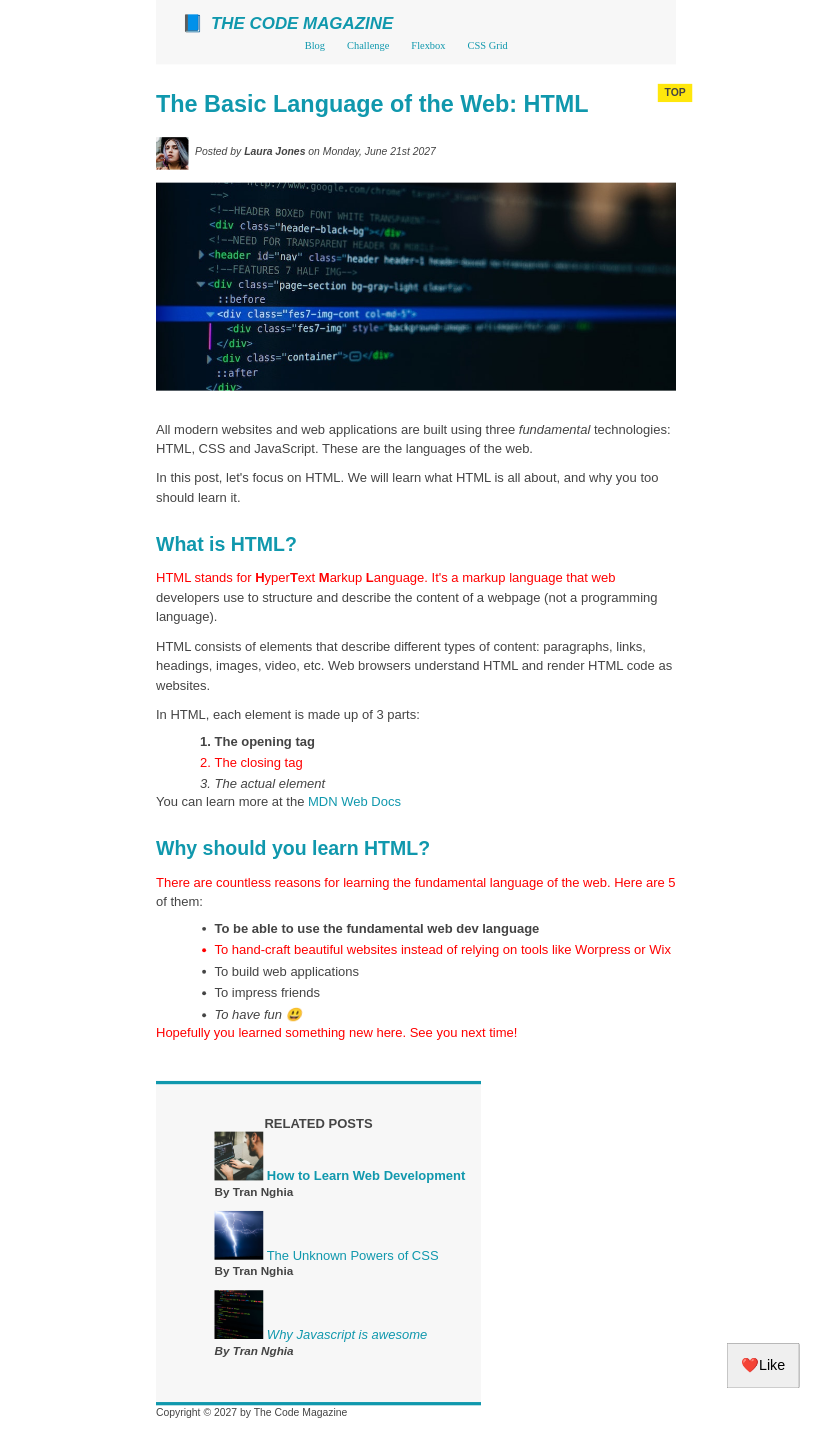
Repository: nghiakma/HTML-CSS-Fundamental
Page: HTML/index.html
An editor plug-in stored every save of this project. The page is shown before and after the next save, followed by the edit.
The browser window is 1280 px wide. The pictures show the whole page, at 65% of full size.

Above is the page before, as saved 2023-08-22 15:26:29.

### HTML/index.html
<!DOCTYPE html>
<html lang="en">

<head>
  <meta charset="UTF-8">
  <meta name="viewport" content="width=device-width, initial-scale=1.0">
  <title>The Basic Language of the web: HTML</title>
  <link rel="stylesheet" href="/CSS/index.css">
  <link rel="stylesheet" href="/CSS/layout.css">
</head>

<body>

  <div class="container">
    <header class="main-header">
      <h1>📘 The Code Magazine</h1>
      <nav>
        <a href="#">Blog</a>
        <a href="#">Challenge</a>
        <a href="#">Flexbox</a>
        <a href="#">CSS Grid</a>
      </nav>
    </header>

    <article>
      <header class="post-header">
        <h2>The Basic Language of the Web: HTML</h2>
        <img class="author-img" src="./laura-jones.jpg" alt="Headshot of Laura Jones" height="50" width="50">
        <p id="author" class="author">
          Posted by <strong>Laura Jones</strong> on Monday, June 21st 2027</p>
        <img class="post-img" src="./post-img.jpg" alt="HTML code on a screen" width="500" height="200">
      </header>
      <p>
        All modern websites and web applications are built using three <em>fundamental</em> technologies: HTML, CSS and
        JavaScript.
        These are the languages of the web.
      </p>
      <p>
        In this post, let's focus on HTML. We will learn what HTML is all about, and why you too should learn it.
      </p>
      <h3>What is HTML?</h3>
      <p>
        HTML stands for <strong>H</strong>yper<strong>T</strong>ext <strong>M</strong>arkup <strong>L</strong>anguage.
        It's
        a markup language that web developers use to structure and describe
        the content of a webpage (not a programming language).
      </p>
      <p>
        HTML consists of elements that describe different types of content: paragraphs, links, headings, images, video,
        etc.
        Web browsers understand HTML and render HTML code as websites.
      </p>
      <p>In HTML, each element is made up of 3 parts:</p>
      <ol>
        <li>The opening tag</li>
        <li>The closing tag</li>
        <li>The actual element</li>
      </ol>
      <p>You can learn more at the <a href="https://developer.mozilla.org/en-US/docs/Web/HTML" target="_blank">MDN Web
          Docs</a></p>
      <h3>Why should you learn HTML?</h3>
      <p>There are countless reasons for learning the fundamental language of the web. Here are 5 of them:</p>
      <ul>
        <li>To be able to use the fundamental web dev language</li>
        <li>To hand-craft beautiful websites instead of relying on tools like Worpress or Wix</li>
        <li>To build web applications</li>
        <li>To impress friends</li>
        <li>To have fun 😃</li>
      </ul>
      <p>Hopefully you learned something new here. See you next time!</p>
    </article>

    <!--Thuong duoc su dung de bo sung thong tin cho trang chinh
  Xác định nội dung nằm bên cạnh nội dung của trang-->
    <aside>
      <h4>Related posts</h4>

      <ul class="related">
        <li>
          <img src="./related-1.jpg" alt="Person programming" width="75" height="75">
          <a href="#">How to Learn Web Development</a>
          <p class="related-author">By Tran Nghia</p>
        </li>
        <li>
          <img src="./related-2.jpg" alt="Powers" width="75" height="75">
          <a href="#">The Unknown Powers of CSS</a>
          <p class="related-author">By Tran Nghia</p>
        </li>
        <li>
          <img src="./related-3.jpg" alt="Javascript" width="75" height="75">
          <a href="#">Why Javascript is awesome</a>
          <p class="related-author">By Tran Nghia</p>
        </li>
      </ul>
    </aside>

    <footer>
      <p id="copyright">Copyright &copy; 2027 by The Code Magazine</p>
    </footer>
  </div>

  <button>❤️Like</button>
</body>

</html>

### CSS/index.css
* {
  box-sizing: border-box;
  margin: 0;
}
body {
  position: relative;
}
h1,
h2,
h3,
h4,
p,
li {
  font-family: sans-serif;
  color: #444;
}
h1,
h2,
h3 {
  color: #1098ad;
}
h1 {
  font-size: 26px;
  text-transform: uppercase;
  font-style: italic;
}
h1::first-letter {
  font-style: normal;
  margin-right: 5px;
}
h2::after {
  content: "TOP";
  background-color: #ffe70c;
  color: #444;
  font-size: 16px;
  font-weight: bold;
  display: inline-block;
  padding: 5px 10px;
  position: absolute;
  top: -10px;
  right: -25px;
}

h2 {
  font-size: 36px;
  margin-bottom: 30px;

  position: relative;
}
h2::first-letter {
  /* font-size: 80px; */
}
h3 {
  font-size: 30px;
  margin-bottom: 20px;
  margin-top: 40px;
}
h4 {
  font-size: 20px;
  text-transform: uppercase;
  text-align: center;
}
p {
  font-size: 20px;
  line-height: 1.5;
  margin-bottom: 15px;
}
/*Lay thang lien ke h3*/
h3 + p::first-line {
  color: red;
}
ul,
ol {
  margin-left: 50px;
}
li {
  font-size: 20px;
  margin-bottom: 10px;
}
li:last-child {
  margin-bottom: 0;
}
/* footer p {
  font-size: 16px;
} */
/* article header p {
  font-style: italic;
} */

#author {
  font-style: italic;
  font-size: 16px;
}
#copyright {
  font-size: 16px;
}
.related-author {
  font-size: 18px;
  font-weight: bold;
}
.related {
  list-style: none;
}
/*Le trai va phai giong nhau: tinh toan tu dong boi trinh duyet*/
.container {
  width: 800px;
  /* margin-left: auto;
  margin-right: auto; */
  margin: 0 auto;
}
.main-header {
  background-color: #f7f7f7;
  /* padding: 20px;
  padding-left: 20px;
  padding-right: 40px; */
  padding: 20px 40px;
  margin-bottom: 40px;
}
article {
  margin-bottom: 60px;
}
.post-header {
  margin-bottom: 40px;
}
/*dung height: auto ; dua ti le khung hinh ve nhu ban dau*/
.post-img {
  width: 100%;
  height: auto;
}
aside {
  background-color: #f7f7f7;
  border-top: 5px solid #1098ad;
  border-bottom: 5px solid #1098ad;
  padding: 50px 0;
  width: 500px;
}
li:first-child {
  font-weight: bold;
}
li:last-child {
  font-style: italic;
}
li:nth-child(2) {
  color: red;
}
article p:last-child {
  color: red;
}
a:link {
  color: #1098ad;
  text-decoration: none;
}
a:visited {
  color: #1098ad;
}
a:hover {
  color: orangered;
  font-weight: bold;
  text-decoration: underline orangered;
}
a:active {
  background-color: black;
  font-style: italic;
}
nav {
  font-size: 16px;
  text-align: center;
}
nav a:link {
  /* background-color: orangered;
  margin: 20px;
  padding: 20px;
  display: block; */
  margin-right: 30px;
  margin-top: 10px;
  display: inline-block;
}
button {
  font-size: 22px;
  padding: 20px;
  cursor: pointer;
  position: absolute;
  /* top: 0;
  left: 0; */
  /* bottom: 0;
  left: 0; */
  /* top: 50px;
  left: 50px; */
  bottom: 50px;
  right: 50px;
}

### CSS/layout.css
.author-img {
  float: left;
  margin-bottom: 20px;
}
.author {
  float: left;
  margin-left: 10px;
  padding-top: 10px;
}

After the next save:
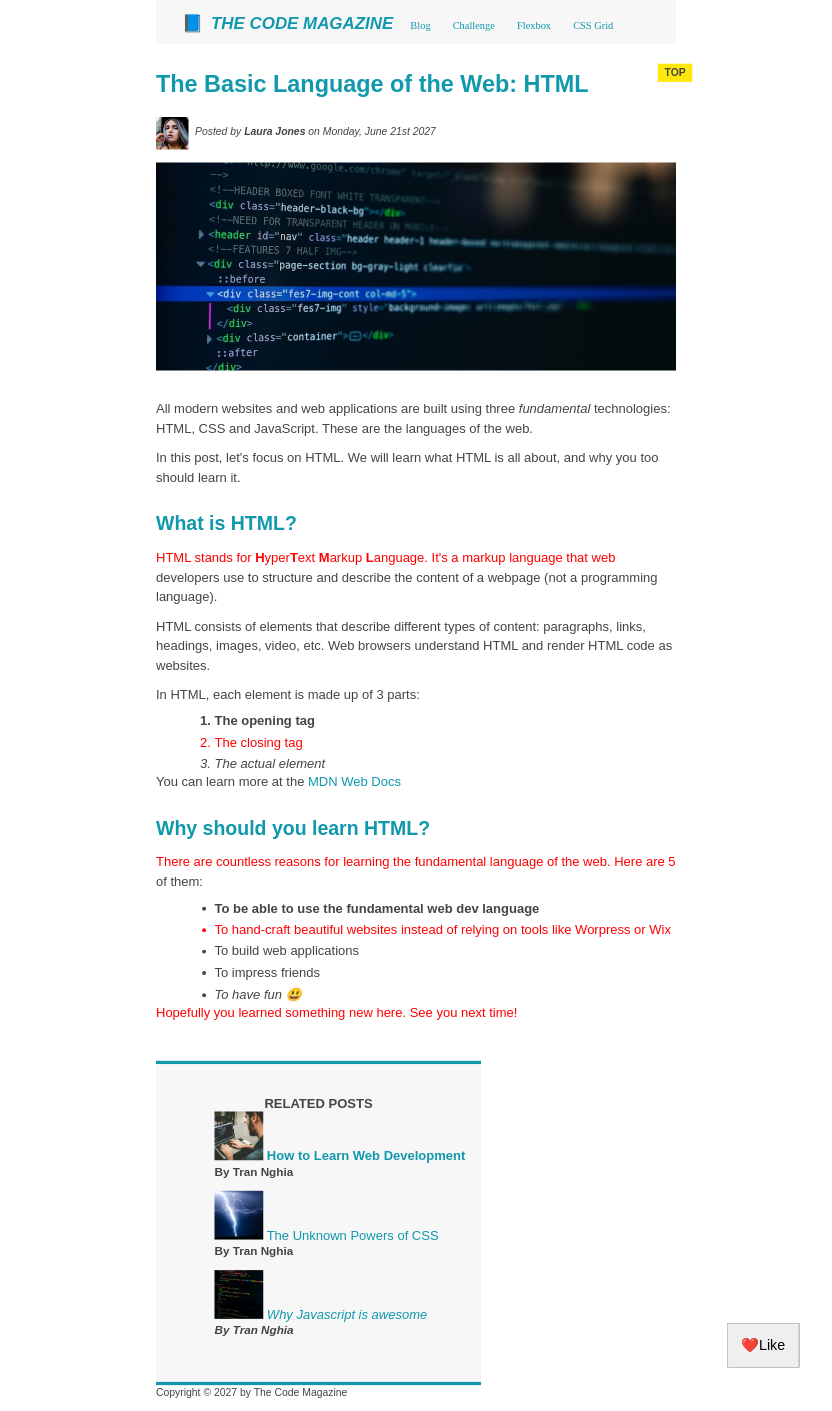
Saved 8 s later.
--- a/CSS/layout.css
+++ b/CSS/layout.css
@@ -7,3 +7,6 @@
   margin-left: 10px;
   padding-top: 10px;
 }
+h1 {
+  float: left;
+}

After the save that followed:
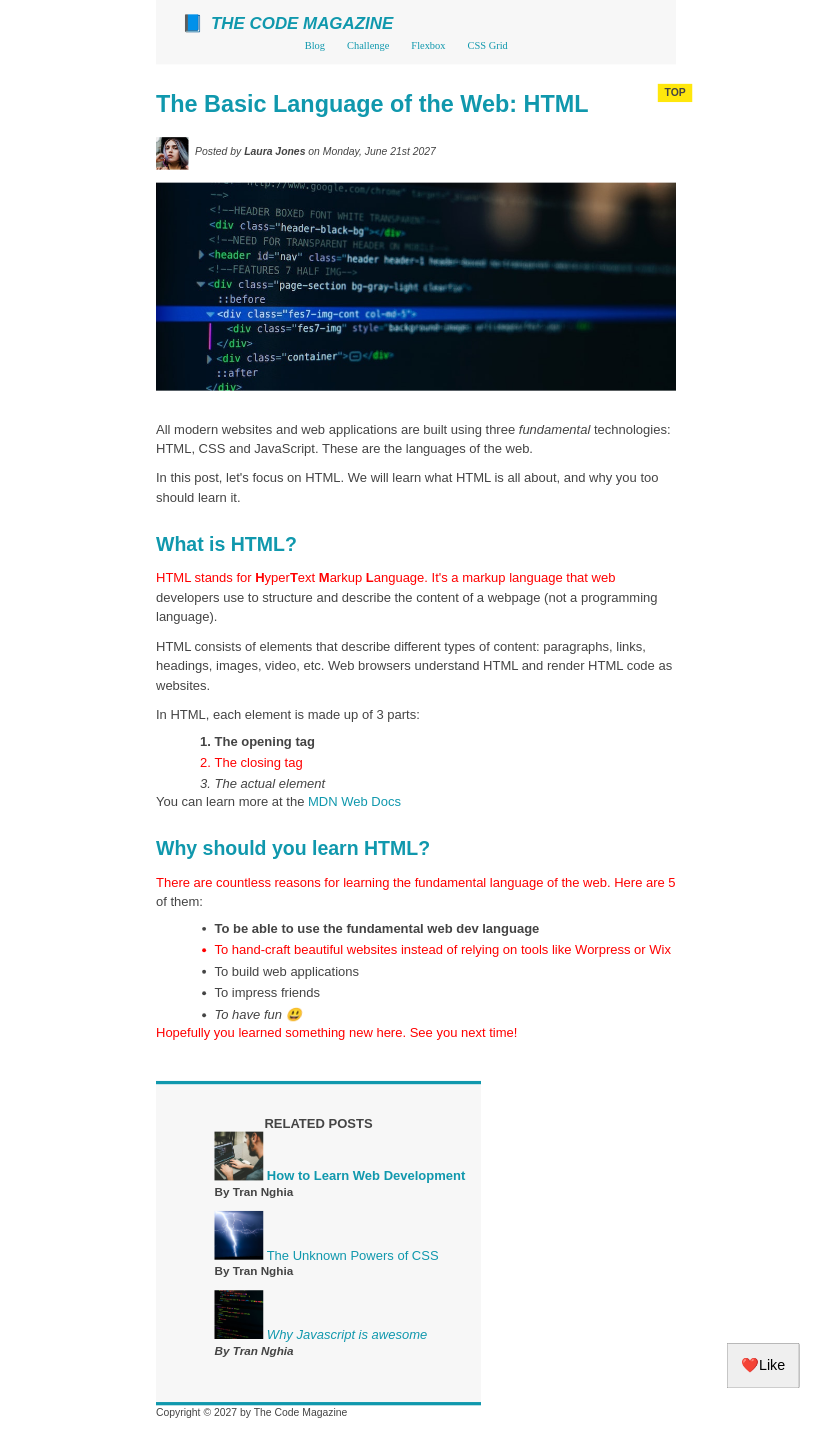
Saved 11 s later.
--- a/CSS/layout.css
+++ b/CSS/layout.css
@@ -8,5 +8,4 @@
   padding-top: 10px;
 }
 h1 {
-  float: left;
 }
